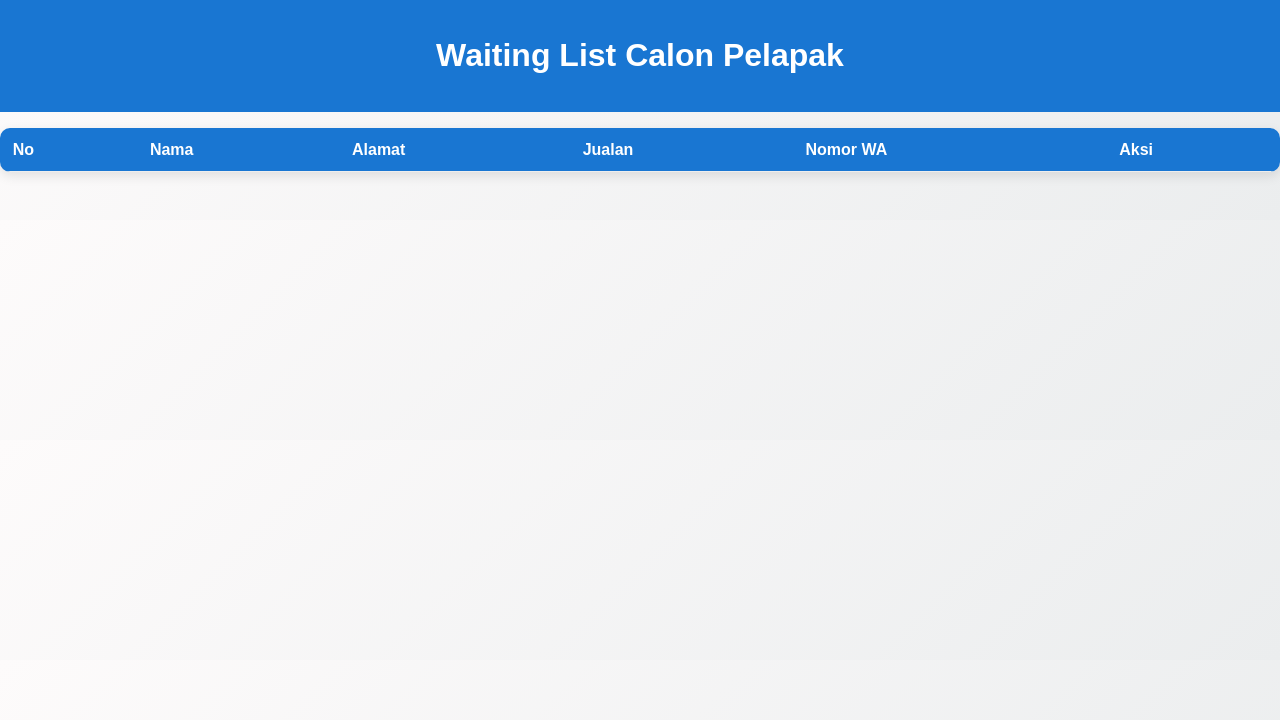
Repository: pasarrakyatbak/WaitingListforPanitia
Page: index.html
The author's editor kept a copy of each file at every save. The page is drawn from the files as they stood at one save, then again after the next save.
The browser window is 1280 px wide. The pictures show the whole page.

Above is the page before, as saved 2025-09-25 15:15:59.
Console error: TypeError: Cannot set properties of null (setting 'value')

After the next save:
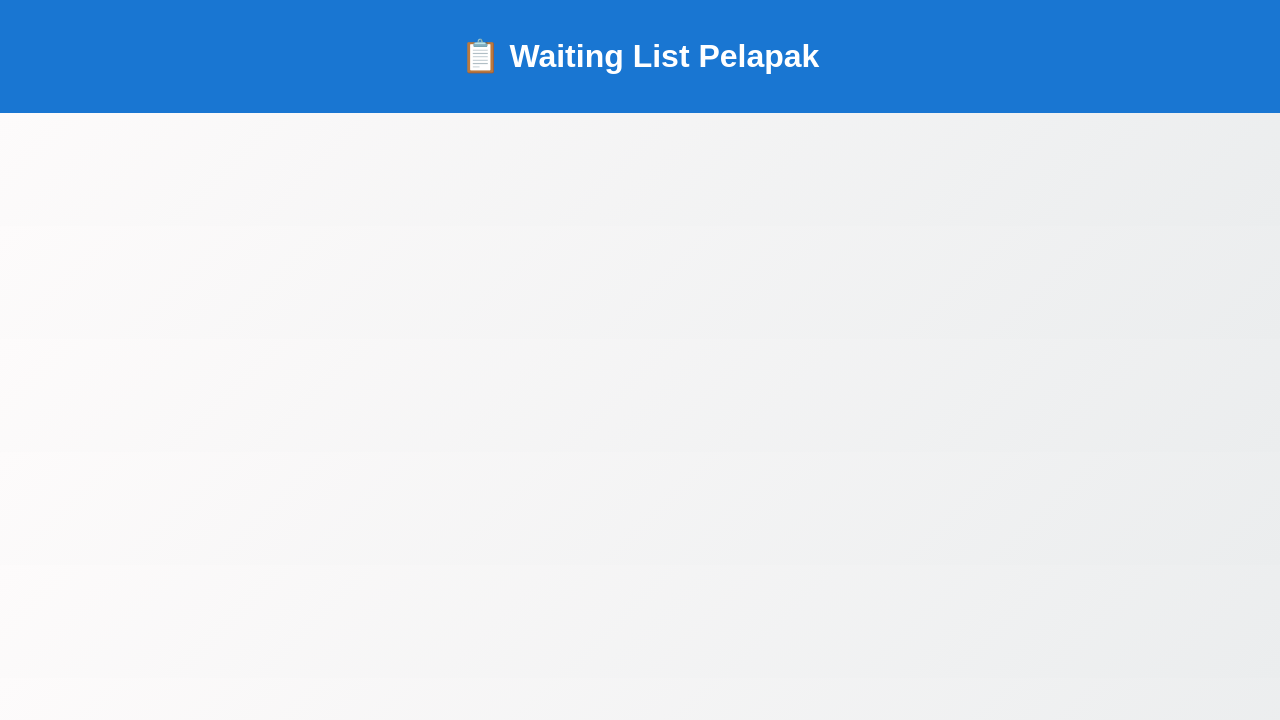
Saved 90 s later.
--- a/index.html
+++ b/index.html
@@ -2,46 +2,28 @@
 <html lang="id">
 
 <head>
-    <meta charset="UTF-8">
-    <meta name="viewport" content="width=device-width, initial-scale=1.0">
-    <title>Waiting List</title>
-    <link href="https://fonts.googleapis.com/icon?family=Material+Icons" rel="stylesheet">
-    <link rel="stylesheet" href="style.css">
+    <meta charset="UTF-8" />
+    <meta name="viewport" content="width=device-width, initial-scale=1.0" />
+    <title>Waiting List Pelapak</title>
+    <link rel="stylesheet" href="style.css" />
 </head>
 
 <body>
     <header>
-        <h1>Waiting List Calon Pelapak</h1>
+        <h1>📋 Waiting List Pelapak</h1>
     </header>
 
-    <main>
-        <!-- Table View -->
-        <table>
-            <thead>
-                <tr>
-                    <th>No</th>
-                    <th>Nama</th>
-                    <th>Alamat</th>
-                    <th>Jualan</th>
-                    <th>Nomor WA</th>
-                    <th>Aksi</th>
-                </tr>
-            </thead>
-            <tbody id="tableBody"></tbody>
-        </table>
-
-        <!-- Card View -->
-        <section id="cardView" class="card-container"></section>
+    <main class="container">
+        <div id="listContainer" class="grid"></div>
     </main>
 
     <!-- Modal Konfirmasi -->
     <div id="modal" class="modal hidden">
         <div class="modal-content">
-            <h3 id="modalTitle"></h3>
             <p id="modalMessage"></p>
             <div class="modal-actions">
-                <button id="cancelBtn" class="btn-secondary">Batal</button>
-                <button id="confirmBtn" class="btn-primary">Ya</button>
+                <button id="confirmBtn" class="btn primary">Ya</button>
+                <button id="cancelBtn" class="btn secondary">Batal</button>
             </div>
         </div>
     </div>
